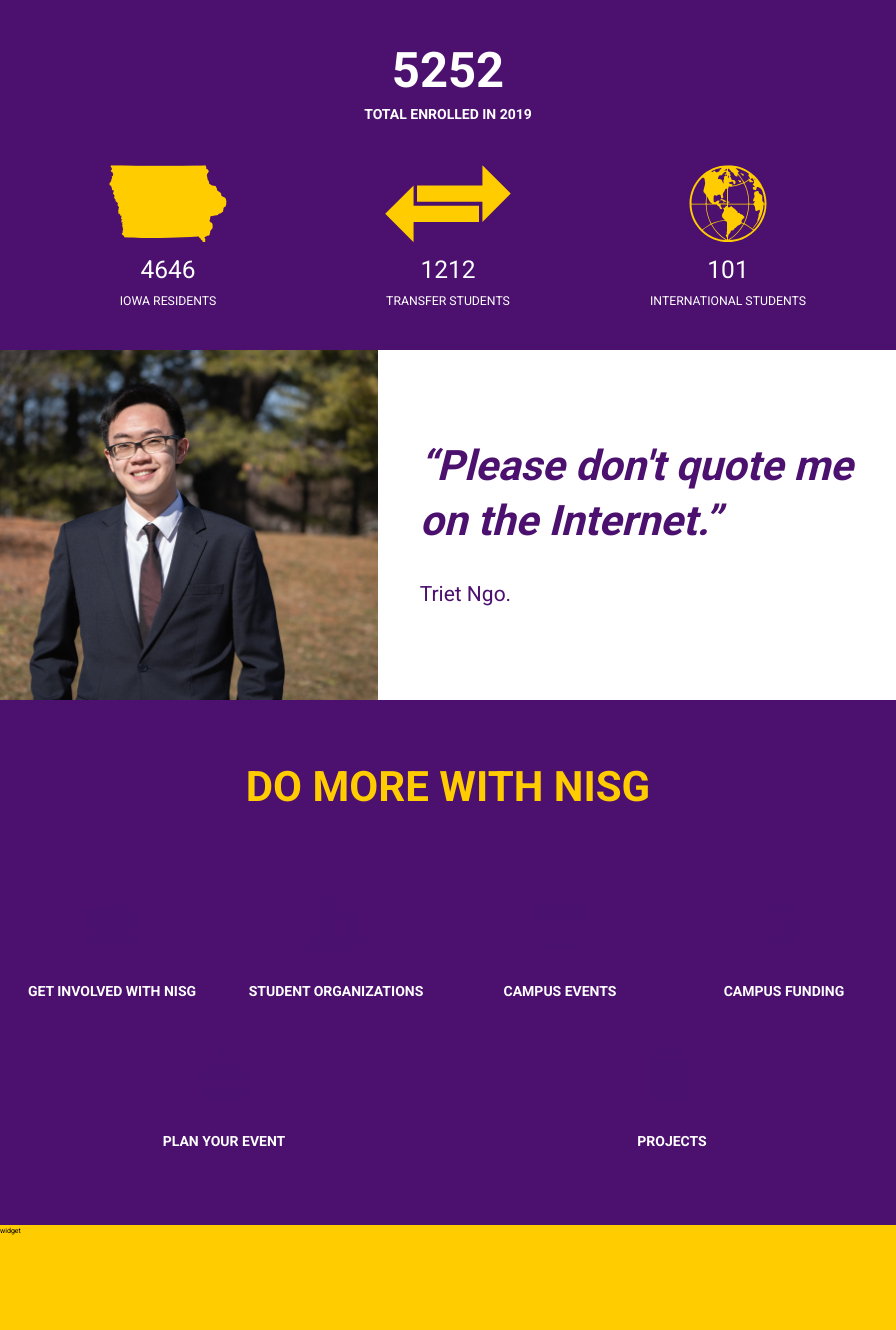
Repository: trietngo/nisg
Page: index.html
These files come from the project's save history. The page is drawn as it stood at one moment and after a run of saves; the edit follows.
The browser window is 1280 px wide. The pictures show the part of the page from y = 720 to 2620 px (the page is 3270 px tall), at 70% of full size.
Some web fonts or font styles are not loaded; a fallback is used. The style sheet was rebuilt from its Sass, Less or Tailwind sources for each picture, by a compiler version that may differ from the author's.

Above is the page before, as saved 2020-08-29 15:20:23.

### index.html
<!DOCTYPE html>
<html lang="en">
    <head>
        <meta charset="UTF-8">
        <meta name="viewport" content="width=device-width, initial-scale=1.0">

        <link href="https://fonts.googleapis.com/css2?family=Roboto:wght@100;300;400;500;700;900&display=swap" rel="stylesheet">
        <link href="https://fonts.googleapis.com/css2?family=Sedgwick+Ave&display=swap" rel="stylesheet">
        <link href="https://fonts.googleapis.com/css2?family=Sriracha&display=swap" rel="stylesheet">

        <link rel="stylesheet" href="css/style.css">

        <title>Proposed NISG Website</title>
    </head>

    <body>

        <header class="header">
            <div class="header__upper">
                <div class="header__container--left">
                    <img class="header__logo" src="img/New NISG Logo - White-01.png" alt="NISG Logo">
                    <div class="header__title">Northern Iowa Student Government</div>
                </div>

                <div class="header__container--right">
                    <a href="https://uni.edu" class="header__external">VISIT UNI WEBSITE</a>

                    <input type="text" name="" class="header__searchbar" id="" placeholder="Search NISG">
                    <ul class="header__nav">
                        <li><a class="header__link" href="#">News</a></li>
                        <li><a class="header__link" href="#">Resources</a></li>
                        <li><a class="header__link" href="#">Services</a></li>
                        <li><a class="header__link" href="#">Applications</a></li>
                        <li><a class="header__link" href="#">Student Organizations</a></li>
                        <li><a class="header__link" href="#">About</a></li>
                        <li><a class="header__link btn header__contact" href="#">Contact Us</a></li>
                    </ul>
                </div>
            </div>

            <div class="header__lower">

                <video class="header__video" autoplay muted loop>
                    <source src="img/Website.mp4" type="video/mp4">
                </video>

                <div class="header__overlay">
                    <p class="header__overlay--title">BY UNI STUDENTS.<br>FOR UNI STUDENTS.</p>
                    <p class="header__overlay--subtitle">Serving UNI students is NISG's top priority.</p>
                    <a href="#" class="header__overlay--about btn">About NISG</a>
                </div>

            </div>

        </header>

        <main>

            <section id="enroll">
                <div class="enrollment">
                    <div class="enrollment__total">
                        <div class="enrollment__total--title counter" title="10497">
                            0
                        </div>

                        <div class="enrollment__total--subtitle">TOTAL ENROLLED IN 2019</div>

                    </div>

                    <div class="enrollment__breakdown">
                        <div class="enrollment__category">
                            <img class="enrollment__category--icon" src="img/iowa-icon.svg" alt="Iowa icon">
                            <p class="enrollment__category--title counter" title="9394">0</p>
                            <p class="enrollment__category--subtitle">IOWA RESIDENTS</p>
                        </div>
                        <div class="enrollment__category">
                            <img class="enrollment__category--icon" src="img/transfer-icon.svg" alt="Transfer icon">
                            <p class="enrollment__category--title counter" title="2568">0</p>
                            <p class="enrollment__category--subtitle">TRANSFER STUDENTS</p>
                        </div>
                        <div class="enrollment__category">
                            <img class="enrollment__category--icon" src="img/globe-icon.svg" alt="Globe icon">
                            <p class="enrollment__category--title counter" title="385">0</p>
                            <p class="enrollment__category--subtitle">INTERNATIONAL STUDENTS</p>
                        </div>
                    </div>
                </div>
            </section>

            <section id="quotes">
                <div class="testimonials">

                    <img class="testimonials__img" src="img/Triet.jpg" alt="">

                    <div class="testimonials__quote">
                        <p class="quote">&ldquo;Please don't quote me on the Internet.&rdquo;</p>

                        <p class="subquote">Triet Ngo.</p>
                    </div>

                </div>
            </section>

            <section id="services">
                <div class="selection">

                    <div class="selection__title">
                        DO MORE WITH NISG
                    </div>

                    <div class="selection__wrapper">
                        <a href="#" class="selection__link">
                            <div class="selection__items">
                                <img class="selection__icon" src="img/SVG/briefcase.svg" alt="holding-hands">
                                <p class="selection__details">GET INVOLVED WITH NISG</p>
                            </div>
                        </a>

                        <a href="#" class="selection__link">
                            <div class="selection__items">
                                <img class="selection__icon" src="img/SVG/users.svg" alt="holding-hands">
                                <p class="selection__details">STUDENT ORGANIZATIONS</p>
                            </div>
                        </a>

                        <a href="#" class="selection__link">
                            <div class="selection__items">
                                <img class="selection__icon" src="img/SVG/calendar.svg" alt="holding-hands">
                                <p class="selection__details">CAMPUS EVENTS</p>
                            </div>
                        </a>

                        <a href="#" class="selection__link">
                            <div class="selection__items">
                                <img class="selection__icon" src="img/SVG/credit.svg" alt="holding-hands">
                                <p class="selection__details">CAMPUS FUNDING</p>
                            </div>
                        </a>

                        <a href="#" class="selection__link">
                            <div class="selection__items">
                                <img class="selection__icon" src="img/SVG/cake.svg" alt="holding-hands">
                                <p class="selection__details">PLAN YOUR EVENT</p>
                            </div>
                        </a>

                        <a href="#" class="selection__link">
                            <div class="selection__items">
                                <img class="selection__icon" src="img/SVG/clipboard.svg" alt="holding-hands">
                                <p class="selection__details">PROJECTS</p>
                            </div>
                        </a>
                    </div>
                </div>
            </section>

            <section id="news">
                <div class="widget">
                    widget
                </div>
            </section>

        </main>

        <footer class="footer">
            footer
        </footer>

        <script src="script.js"></script>
    </body>
</html>

### script.js
const counters = document.querySelectorAll(".counter"); // Select all elements with "counter" class
const speed = 200;

counters.forEach(counter => {

    const updateCount = () => {
        const target = +counter.getAttribute('title'); // Total
        let count = +counter.innerText; // Current count

        const inc = Math.floor(target / speed); //increment

        if (count < target) {
            counter.innerText = count + inc;
            setTimeout(updateCount, 50);
        } else {
            counter.innerText = target;
        }

    }
    updateCount();
});

### sass/main.scss
@import "abstract/variables";

@import "base/base";
@import "base/typography";

@import "components/button";

@import "layout/enrollment";
@import "layout/footer";
@import "layout/header";
@import "layout/news";
@import "layout/services";
@import "layout/testimonials";

### sass/abstract/_variables.scss
// COLORS

$color-primary: #4c116f;
$color-secondary: #ffcc00;
$color-tertiary: #ffffff;

### sass/base/_typography.scss
body {
    font-family: 'Roboto', sans-serif;
    font-weight: 400;
    line-height: 1.7;
}

.header__searchbar {
    font-family: 'Roboto', sans-serif;
    font-weight: 400;
    font-size: 1.5rem;
}

.header__overlay {

    &--title {
        font-family: 'Roboto', sans-serif;
        font-weight: 700;
        font-size: 6rem;
        line-height: 1.2;
    }

    &--subtitle {
        font-size: 1.75rem;
    }

    &--about {
        font-size: 2.5rem;
        font-weight: 700;
    }
}

### sass/components/_button.scss
.btn {
    color: $color-secondary !important;
    border: .2rem solid $color-secondary;
    border-radius: 1.5rem;
    padding: 1rem 2rem !important;
    transition: all .3s;
    text-decoration: none;

    &:hover {
        color: $color-primary !important;
        border-color: none;
        background-color: $color-secondary;
        transition: all .3s;
    }
}

### sass/layout/_enrollment.scss
.enrollment {
    background-color: $color-primary;
    height: 50rem;
    display: flex;
    flex-direction: column;
    align-items: center;
    justify-content: space-evenly;
    color: $color-tertiary;
    position: relative;

    @media screen and (max-width: 702px) {
        height: 70rem;
    }

    @media screen and (max-width: 515px) {
        height: 100rem;
    }

    &__total {
        text-align: center;
        font-weight: 700;

        &--title {
            font-size: 7rem;
            line-height: 1.3;
        }

        &--subtitle {
            font-size: 2rem;
        }

    }

    &__breakdown {
        display: flex;
        flex-wrap: wrap;
        align-items: flex-end;

        @media screen and (max-width: 515px) {
            flex-direction: column;
        }
    }

    &__category {
        flex: 1;
        display: flex;
        flex-direction: column;
        width: 40rem;

        @media screen and (max-width: 515px) {
            padding: 2rem;
        }

        &--icon {
            height: 12rem;
            padding-bottom: 1rem;
        }

        &--title {
            font-size: 3.5rem;
            text-align: center;
        }

        &--subtitle {
            font-size: 1.75rem;
            text-align: center;
            white-space: nowrap;
        }
    }
}

### sass/layout/_footer.scss
.footer {
    height: 30rem;
    background-color: $color-tertiary;
}

### sass/layout/_header.scss
.header {

    display: flex;
    flex-direction: column;
    height: 100vh;

    &__container--left {
        flex: 1;
        padding: 3rem 7rem;
    }

    &__container--right {
        flex: 3;
        display: flex;
        flex-direction: column;
        align-items: flex-end;
        justify-content: space-between;
        padding-bottom: 3rem;
    }

    &__upper {
        background-color: $color-primary;
        flex: 0 1 22.5rem;
        display: flex;
        flex-wrap: wrap;
    }

    &__logo {
        height: 15rem;
    }

    &__title {
        font-size: 2rem;
        font-weight: 700;
        color: $color-tertiary;
        white-space: nowrap;
    }

    &__link {
        text-decoration: none;
        font-size: 2rem;
        font-weight: 700;
        color: $color-tertiary;
        padding: 0 3.5rem;
        transition: all .3s;
        white-space: nowrap;

        &:hover {
            color: $color-secondary;
            transition: all .3s;
        }
    }

    &__nav {
        list-style-type: none;
        display: flex;
        padding-right: 6rem;
        align-content: center;
        flex-wrap: wrap;
    }


    &__external {
        display: inline;
        background-color: $color-secondary;
        padding: 2rem 5rem;
        clip-path: polygon(0 0, 100% 0, 100% 100%, 15% 100%);
        text-decoration: none;
        font-size: 2rem;
        font-weight: 700;
    }

    &__video {
        width: 100%;
        height: 100%;
        object-fit: cover;
        opacity: 0.5;
        overflow: hidden;
        position: absolute;
    }

    &__searchbar {
        border: none;
        padding: 1rem;
        padding-right: 2rem;
        padding-left: 6rem;
        text-align: right;
        border-radius: 2rem;
        margin-right: 6rem;

        &:focus {
            outline: none;
        }
    }

    &__contact {
        margin-left: 2.5rem;
    }

    //OVERLAY

    &__lower {
        background-color: $color-primary;
        flex: 1 0 40rem;
        position: relative;
    }

    &__overlay {
        height: 100%;
        width: 100%;
        display: flex;
        flex-direction: column;
        align-items: center;
        justify-content: center;
        color: $color-secondary;

        position: absolute;

        &--title {
            margin: 2rem;
            text-align: center;
        }

        &--about {
            display: inline-block;
            margin: 4rem;
        }
    }
}

### sass/layout/_news.scss
.widget {
    height: 50rem;
    background-color: $color-secondary;
}

### sass/layout/_services.scss
.selection {
    height: 50rem;
    background-color: $color-primary;
    display: flex;
    flex-direction: column;
    justify-content: space-evenly;
    align-items: center;

    @media screen and (max-width: 1816px) {
        height: 75rem;
    }

    @media screen and (max-width: 916px) {
        height: 100rem;
    }

    @media screen and (max-width: 616px) {
        height: 175rem;
    }

    &__title {
        color: $color-secondary;
        font-size: 6rem;
        font-weight: 700;
        text-align: center;
    }

    &__wrapper {
        display: flex;
        justify-items: flex-start;
        flex-wrap: wrap;
    }

    &__items {
        display: flex;
        flex-direction: column;
        width: 30rem;
        flex: 1;
        margin: 3rem 0;

    }

    &__icon {
        height: 8rem;
        margin-bottom: 4rem;
    }

    &__link {
        text-decoration: none;
        color: $color-tertiary;
        font-size: 2rem;
        font-weight: 700;
        display: flex;
        flex: 1;
        transition: all .3s;

        &:hover {
            transform: scale(1.2);
            transition: all .3s;
        }

        &:active {
            transform: scale(1.1);
        }
    }

    &__details {
        text-align: center;
    }
}

### sass/layout/_testimonials.scss
.testimonials {
    height: 50rem;
    background-color: $color-tertiary;
    display: flex;
    flex-wrap: wrap;

    @media screen and (max-width: 702px) {
        flex-direction: column;
        height: 80rem;
    }

    &__img {
        flex: 1;
        height: 100%;
        object-fit: cover;
        overflow: hidden;

        @media screen and (max-width: 702px) {
            width: 100%;
            flex: 2;
        }
    }

    &__quote {
        flex: 1.15;
        padding: 6rem;
        color: $color-primary;
        display: flex;
        flex-direction: column;
        justify-content: center;

        @media screen and (max-width: 702px) {
            flex: 1;
        }
    }

}

.quote {
    font-size: 6rem;
    font-weight: 700;
    font-style: italic;
    line-height: 1.3;
    margin: 2rem 0;
}

.subquote {
    font-size: 3rem;
    margin: 2rem 0;
}

Loaded but not shown: sass/base/_base.scss (common file)

After the next 2 saves:
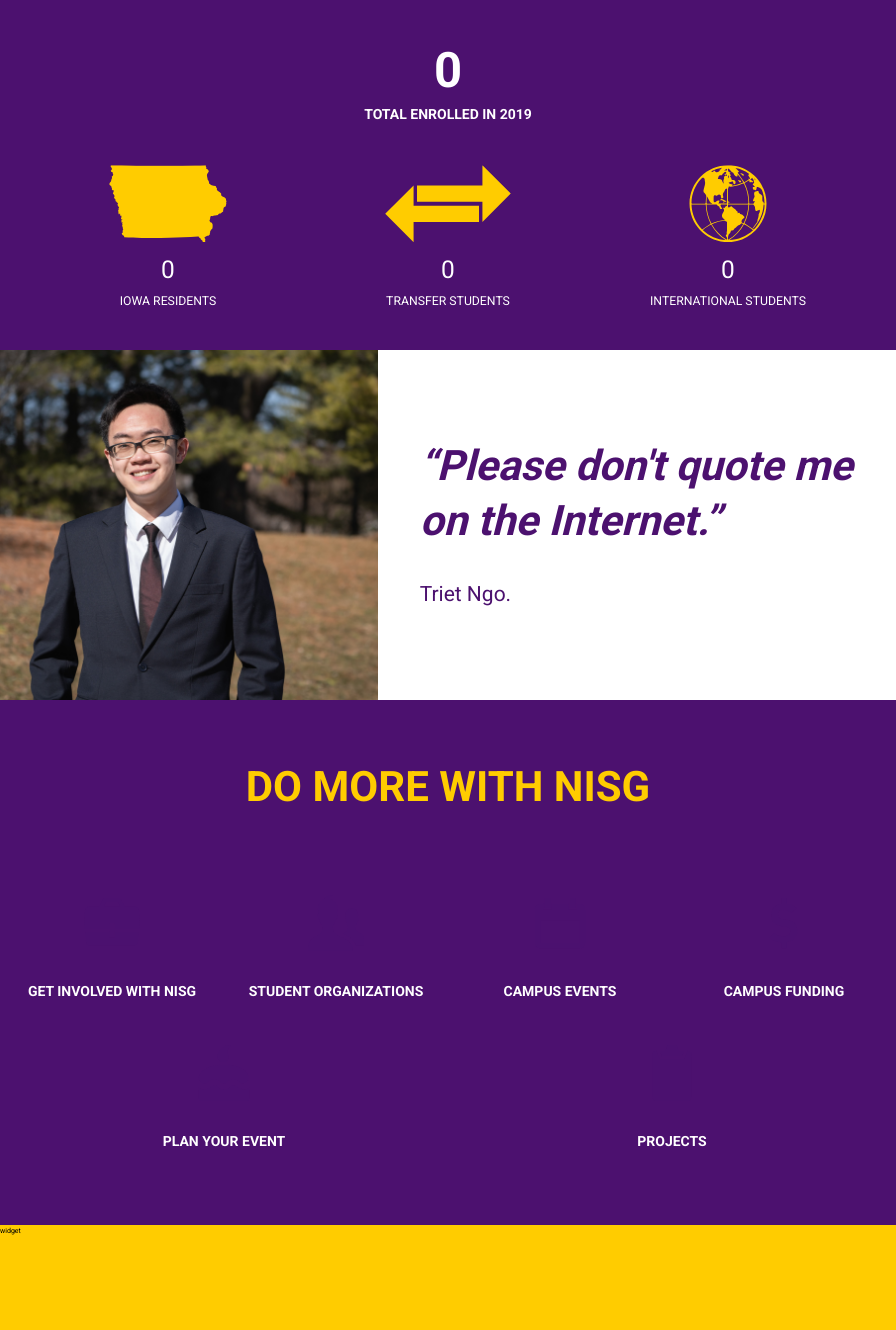
Console error: SyntaxError: Unexpected end of input
The 2 saves are shown as one change because they came seconds apart.
The last was saved 51 s later.
--- a/script.js
+++ b/script.js
@@ -19,3 +19,5 @@
     }
     updateCount();
 });
+
+const commaSeperator =

After the 2 saves that followed:
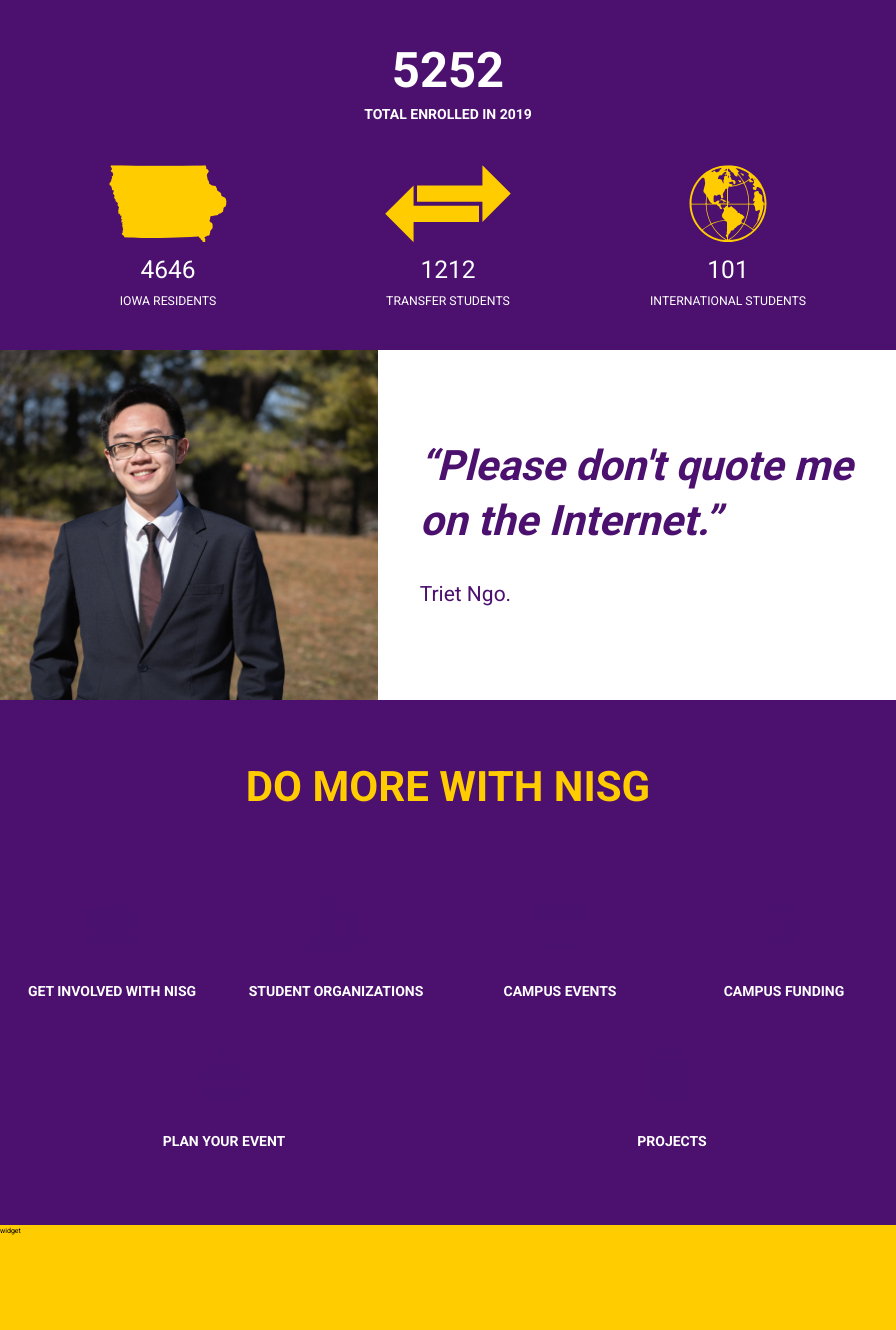
The error is gone.
The 2 saves are shown as one change because 1 left the picture as it was.
The last was saved 32 s later.
--- a/script.js
+++ b/script.js
@@ -20,4 +20,8 @@
     updateCount();
 });
 
-const commaSeperator =
+const commaSeperator = () => {
+    if (counter.innerText.length > 3) {
+        counter.innerText = counter.innerText.substr(0, counter.innerText.length - 3) + ',' + counter.innerText.substr(counter.innerText.length - 3, 3);
+    }
+}
